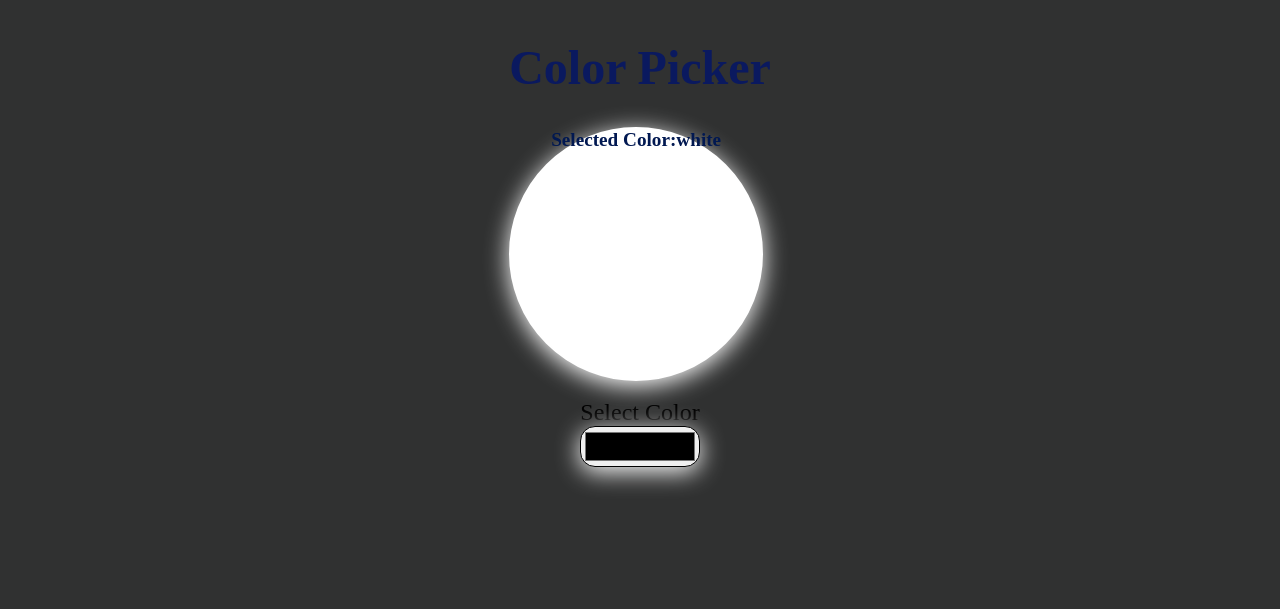
Repository: rkrukshan/Color-Picker--React-
Page: /
These files come from the project's save history. The page is drawn as it stood at one moment and after a run of saves; the edit follows.
The browser window is 1280 px wide. The pictures show the whole page.
The project was rebuilt for these pictures with package versions that can differ from the ones it lists, and the page was loaded fresh each time. Also part of the build but not shown: vite.config.js.

Above is the page before, as saved 2024-07-21 19:10:08.

### src/App.jsx
import ColorPicker from "./ColorPicker"

function App() {

  return (
    <>
    <ColorPicker/>
    </>
  )

}

export default App

### src/index.css
body{
  background-color:rgb(48, 49, 49);
}
.cp-container {
  text-align: center;
  display: grid;
  align-items:center;
  justify-content: center;

}
.heading {
  color: rgb(10, 25, 95);
  font-size: 3em;
}
.color-pad {
  height: 250px;
  width: 250px;
  border:2px solid rgb(255, 255, 255);
  border-radius: 50%;
  box-shadow:0px 5px 25px rgb(255, 255, 255);
  transition: .25s;
}
.selectedlabel
{
  font-size: larger;
  font-weight: bolder;
  color:rgb(1, 24, 81);
}
.selectlabel{
font-size: 1.5em;
}
.colorpicker{
  width: 9em;
  height: 41px;
  border-radius:15px;
  box-shadow:0px 5px 25px rgb(255, 255, 255);
  transition: 11s;
}

### src/ColorPicker.jsx
import { useState } from "react";

function ColorPicker() {
  const [color, setColor] = useState("white");

  function updateColor(event) {
    setColor(event.target.value);
  }
  return (
    <div className="cp-container">
      <h1 className="heading">Color Picker</h1>
      <div className="color-pad" style={{ backgroundColor: color }}>
        <label htmlFor="cp" className="selectedlabel">
          Selected Color:{color}
        </label>
      </div>
      <br />
      <div className="btncp">
        <label htmlFor="scp" className="selectlabel">
          Select Color
        </label>
        <br />
        <input
          type="color"
          value={color}
          onChange={updateColor}
          className="colorpicker"
        />
      </div>
    </div>
  );
}
export default ColorPicker;

Loaded but not shown: index.html (common file); src/main.jsx (common file)

After the next 2 saves:
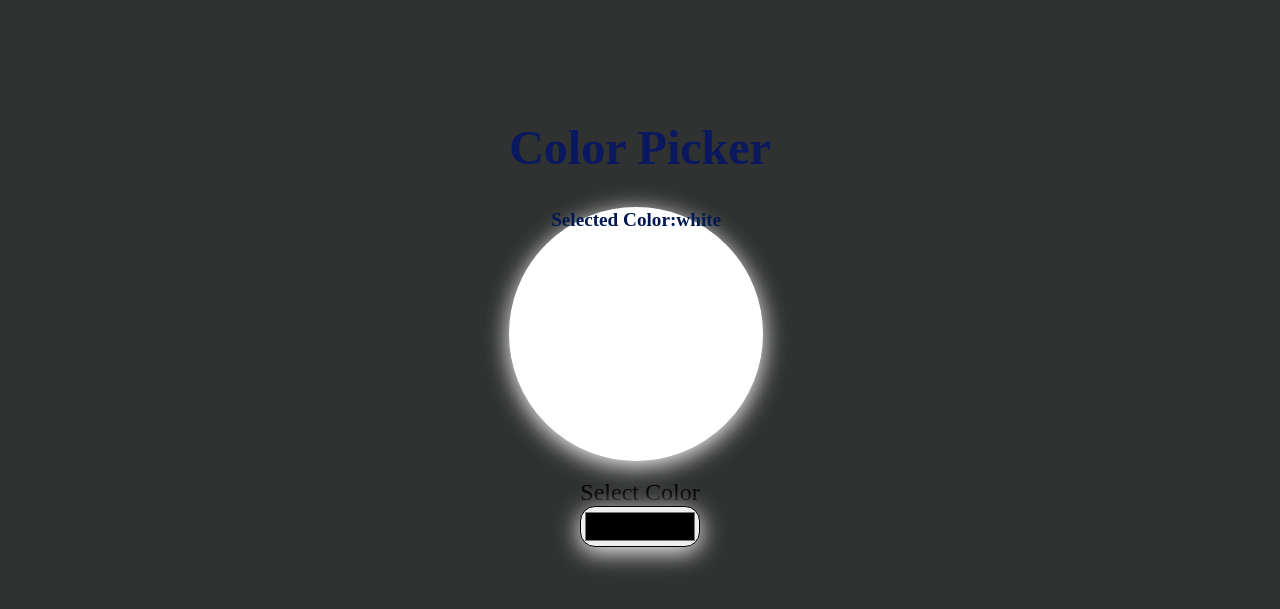
The 2 saves are shown as one change because they came seconds apart.
The last was saved 8 s later.
--- a/src/index.css
+++ b/src/index.css
@@ -6,7 +6,7 @@
   display: grid;
   align-items:center;
   justify-content: center;
-
+  padding: 5em;
 }
 .heading {
   color: rgb(10, 25, 95);

After the save that followed:
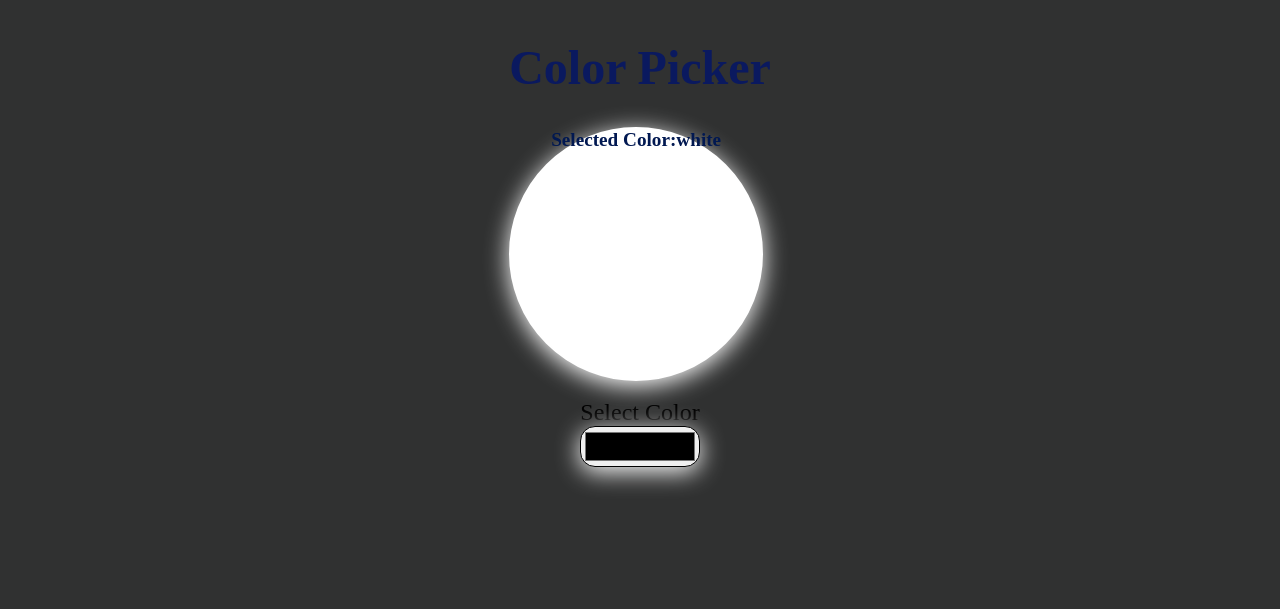
Saved 9 s later.
--- a/src/index.css
+++ b/src/index.css
@@ -6,7 +6,6 @@
   display: grid;
   align-items:center;
   justify-content: center;
-  padding: 5em;
 }
 .heading {
   color: rgb(10, 25, 95);
